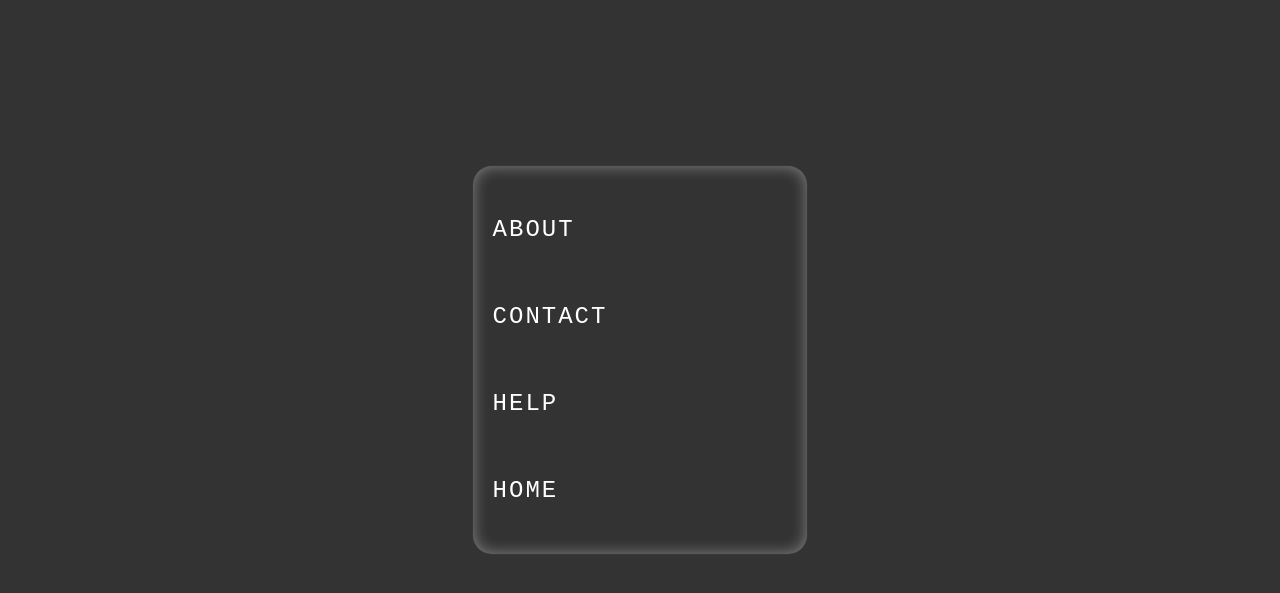
Repository: Rostyk-qq/Projects_Web
Page: menuRanLine/new.html
An editor plug-in stored every save of this project. The page is shown before and after a run of saves, followed by the edit.
The browser window is 1280 px wide. The pictures show the whole page.

Above is the page before, as saved 2023-09-30 14:32:40.

After the next 2 saves:
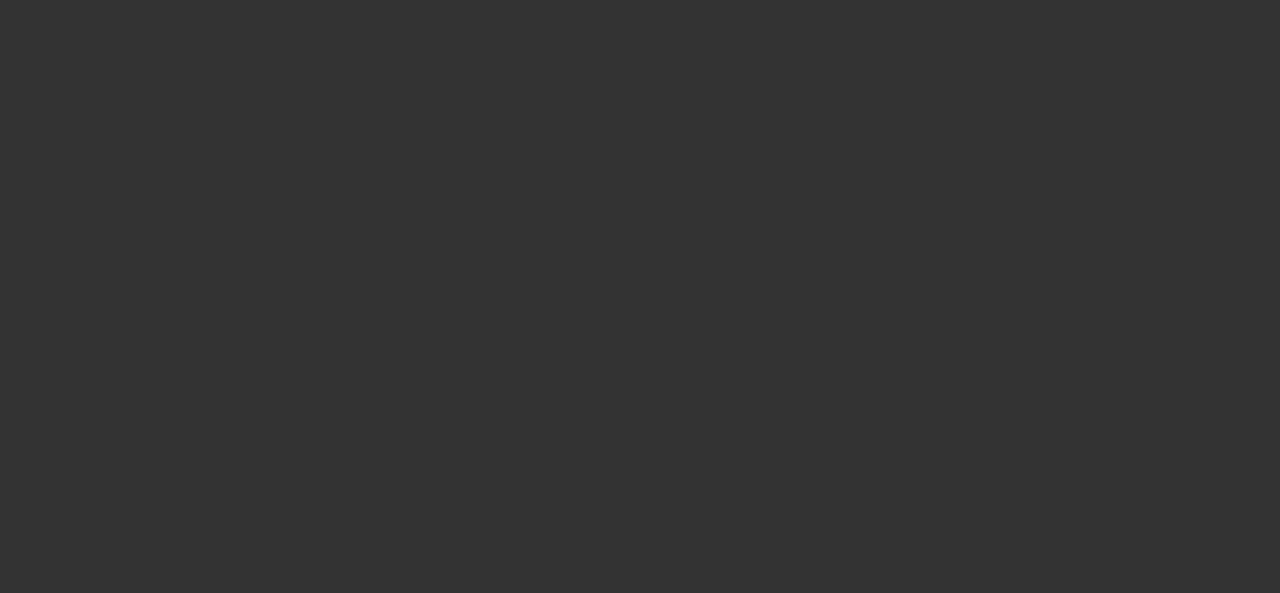
Console error: SyntaxError: Unexpected token '}'
The 2 saves are shown as one change because they came seconds apart.
The last was saved 13 s later.
--- a/menuRanLine/new.js
+++ b/menuRanLine/new.js
@@ -4,5 +4,5 @@
     document.documentElement.classList.add('loaded');
 
 
-
+    const menu = document.
 }

After the 3 saves that followed:
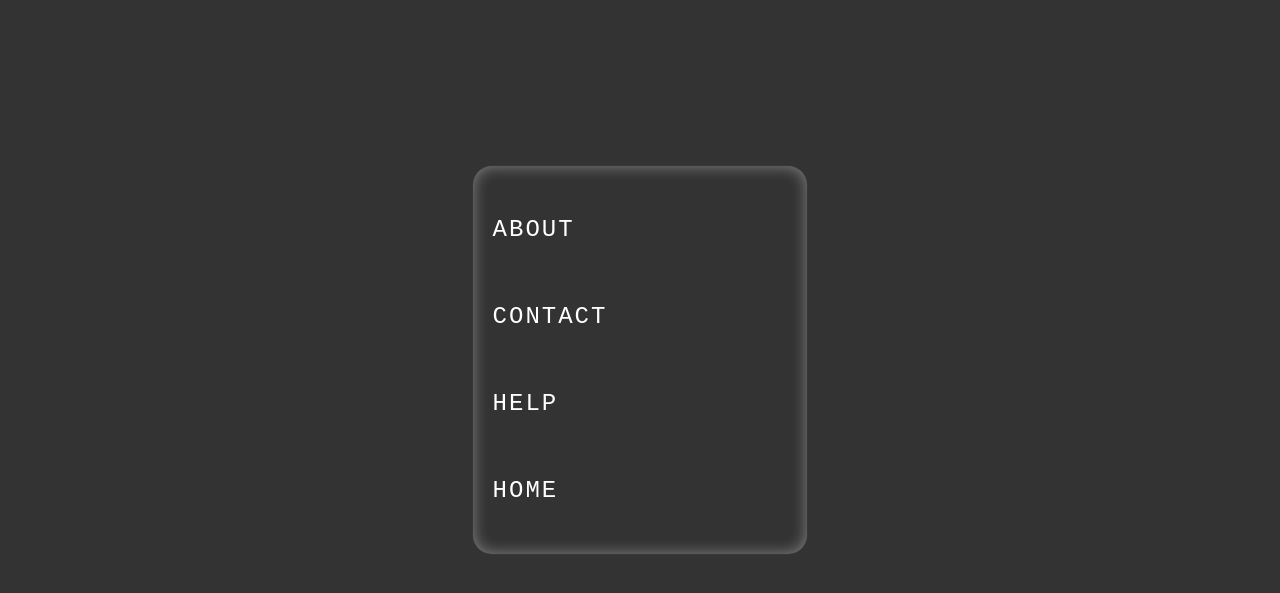
Console error (its wording comes from the project's code and is left out).
The 3 saves are shown as one change because they came seconds apart.
The last was saved 9 s later.
--- a/menuRanLine/new.js
+++ b/menuRanLine/new.js
@@ -4,5 +4,5 @@
     document.documentElement.classList.add('loaded');
 
 
-    const menu = document.
+    const menu = document.querySelector('');
 }
